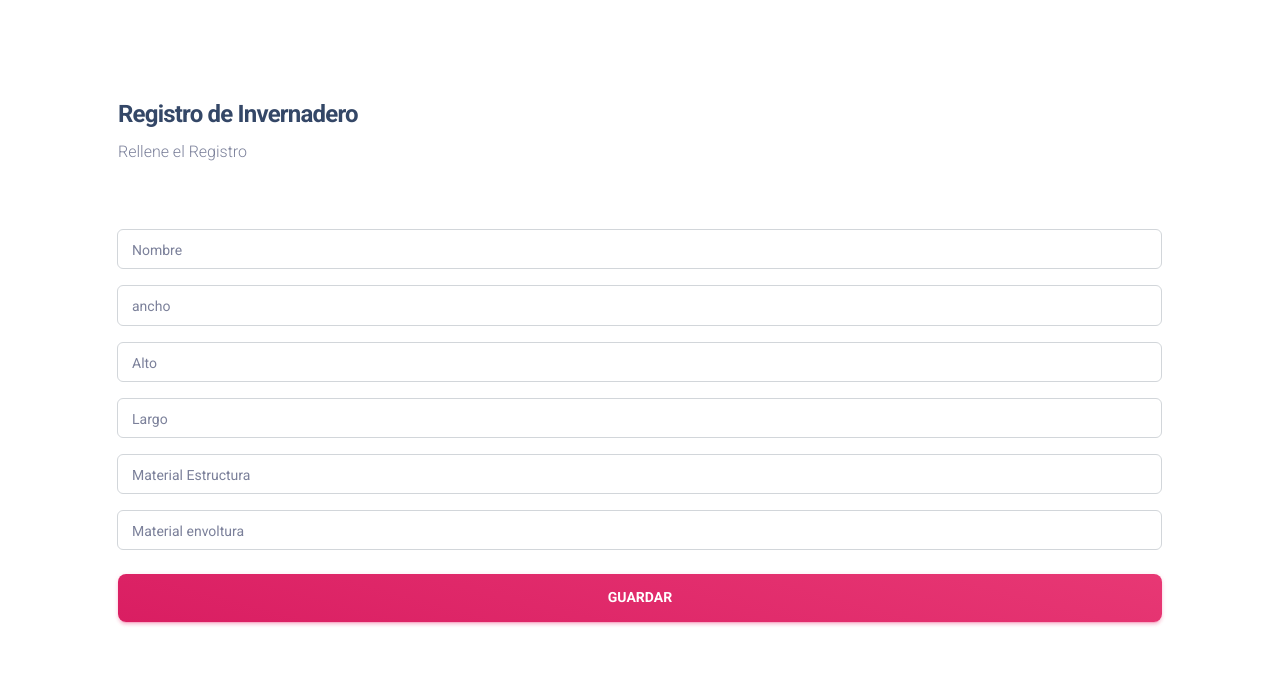
Repository: ValenciaAlmeidaVictor/sistemariego
Page: resources/views/posts/create.blade.php
These files come from the project's save history. The page is drawn as it stood at one moment and after the next save; the edit follows.
The browser window is 1280 px wide. The pictures show the whole page.
Some web libraries are served in a nearby version. The page is served by the project's Laravel application, run on PHP 8.4 with Laravel 10. Other server files are loaded and not shown. The template is opened directly, without the code that normally fills it, so the values that code supplies are empty.

Above is the page before, as saved 2023-06-19 20:03:39.

### routes/web.php
<?php

use Illuminate\Support\Facades\Auth;
use Illuminate\Support\Facades\Route;

/*
|--------------------------------------------------------------------------
| Web Routes
|--------------------------------------------------------------------------
|
| Here is where you can register web routes for your application. These
| routes are loaded by the RouteServiceProvider and all of them will
| be assigned to the "web" middleware group. Make something great!
|
*/

Route::get('/', function () {
    return view('welcome');
});

Auth::routes();

Route::get('/home', [App\Http\Controllers\HomeController::class, 'index'])->name('home');

use App\Http\Controllers\DashboardController;
use App\Http\Controllers\ProfileController;
use App\Http\Controllers\RegisterController;
use App\Http\Controllers\SessionsController;
use App\Http\Controllers\PostController;

Route::get('/', function () {return redirect('sign-in');})->middleware('guest');
Route::get('/dashboard', [DashboardController::class, 'index'])->middleware('auth')->name('dashboard');
Route::get('sign-up', [RegisterController::class, 'create'])->middleware('guest')->name('register');
Route::post('sign-up', [RegisterController::class, 'store'])->middleware('guest');
Route::get('sign-in', [SessionsController::class, 'create'])->middleware('guest')->name('login');
Route::post('sign-in', [SessionsController::class, 'store'])->middleware('guest');
Route::post('verify', [SessionsController::class, 'show'])->middleware('guest');
Route::post('reset-password', [SessionsController::class, 'update'])->middleware('guest')->name('password.update');
Route::get('verify', function () {
	return view('sessions.password.verify');
})->middleware('guest')->name('verify');
Route::get('/reset-password/{token}', function ($token) {
	return view('sessions.password.reset', ['token' => $token]);
})->middleware('guest')->name('password.reset');

Route::post('sign-out', [SessionsController::class, 'destroy'])->middleware('auth')->name('logout');
Route::get('profile', [ProfileController::class, 'create'])->middleware('auth')->name('profile');
Route::post('user-profile', [ProfileController::class, 'update'])->middleware('auth');
Route::group(['middleware' => 'auth'], function () {
	Route::get('billing', function () {
		return view('pages.billing');
	})->name('billing');
	Route::get('tables', function () {
		return view('pages.tables');
	})->name('tables');
	Route::get('rtl', function () {
		return view('pages.rtl');
	})->name('rtl');
	Route::get('virtual-reality', function () {
		return view('pages.virtual-reality');
	})->name('virtual-reality');
	Route::get('notifications', function () {
		return view('pages.notifications');
	})->name('notifications');
	Route::get('static-sign-in', function () {
		return view('pages.static-sign-in');
	})->name('static-sign-in');
	Route::get('static-sign-up', function () {
		return view('pages.static-sign-up');
	})->name('static-sign-up');
	Route::get('user-management', function () {
		return view('pages.laravel-examples.user-management');
	})->name('user-management');
	Route::get('user-profile', function () {
		return view('pages.laravel-examples.user-profile');
	})->name('user-profile');
});


//rutas para el controlleer de las tablas del admin //

Route::group(['middleware' => 'auth'], function (){
    Route::resource('posts','App\Http\Controllers\PostController',['except'=>['show']]);
});

### resources/views/posts/create.blade.php
<x-layout bodyClass="">

        <main class="main-content  mt-0">
            <section>
                <div class="page-header min-vh-100">
                    <div class="container">
                        <div class="row">
                                <div class="card card-plain">
                                    <div class="card-header">
                                        <h4 class="font-weight-bolder">Registro de Invernadero</h4>
                                        <p class="mb-0">Rellene el Registro</p>
                                    </div>
                                    <div class="card-body">
                                        <form method="POST" action="{{ route('posts.store') }}">
                                            @csrf
                                            <div class="input-group input-group-outline mt-3">
                                                <label class="form-label">Nombre</label>
                                                <input type="text" class="form-control" name="nombre"
                                                    value="{{ old('nombre') }}">
                                            </div>
                                            @error('nombre')
                                            <p class='text-danger inputerror'>{{ $message }} </p>
                                            @enderror
                                            <div class="input-group input-group-outline mt-3">
                                                <label class="form-label">ancho</label>
                                                <input type="text" class="form-control" name="ancho"
                                                    value="{{ old('ancho') }}">
                                            </div>
                                            @error('ancho')
                                            <p class='text-danger inputerror'>{{ $message }} </p>
                                            @enderror
                                            <div class="input-group input-group-outline mt-3">
                                                <label class="form-label">Alto</label>
                                                <input type="text" class="form-control" name="alto">
                                            </div>
                                            @error('alto')
                                            <p class='text-danger inputerror'>{{ $message }} </p>
                                            @enderror
                                            <div class="input-group input-group-outline mt-3">
                                                <label class="form-label">Largo</label>
                                                <input type="text" class="form-control" name="largo">
                                            </div>
                                            @error('largo')
                                            <p class='text-danger inputerror'>{{ $message }} </p>
                                            @enderror
                                            <div class="input-group input-group-outline mt-3">
                                                <label class="form-label">Material Estructura</label>
                                                <input type="text" class="form-control" name="material_es">
                                            </div>
                                            @error('material_es')
                                            <p class='text-danger inputerror'>{{ $message }} </p>
                                            @enderror
                                            <div class="input-group input-group-outline mt-3">
                                                <label class="form-label">Material envoltura</label>
                                                <input type="text" class="form-control" name="material_env">
                                            </div>
                                            @error('material_env')
                                            <p class='text-danger inputerror'>{{ $message }} </p>
                                            @enderror
                                            <div class="text-center">
                                                <button type="submit"
                                                    class="btn btn-lg bg-gradient-primary btn-lg w-100 mt-4 mb-0">Guardar</button>
                                            </div>
                                        </form>
                                    </div>
                                </div>
                            </div>
                        </div>
                    </div>
            </section>
        </main>
    </div>
</x-layout>

### resources/views/components/layout.blade.php
<!--
=========================================================
* Material Dashboard 2 - v3.0.0
=========================================================

* Product Page: https://www.creative-tim.com/product/material-dashboard
* Copyright 2021 Creative Tim (https://www.creative-tim.com) & UPDIVISION (https://www.updivision.com)
* Licensed under MIT (https://www.creative-tim.com/license)
* Coded by www.creative-tim.com & www.updivision.com

=========================================================

* The above copyright notice and this permission notice shall be included in all copies or substantial portions of the Software.
-->
@props(['bodyClass'])
<!DOCTYPE html>
<html lang="en">

<head>
    <meta charset="utf-8" />
    <meta name="viewport" content="width=device-width, initial-scale=1, shrink-to-fit=no">

    <link rel="apple-touch-icon" sizes="76x76" href="{{ asset('assets') }}/img/apple-icon.png">
    <link rel="icon" type="image/png" href="{{ asset('assets') }}/img/favicon.png">
    <title>
        MaxAspersor Dashboard
    </title>
    <!--     Fonts and icons     -->
    <link rel="stylesheet" type="text/css"
        href="https://fonts.googleapis.com/css?family=Roboto:300,400,500,700,900|Roboto+Slab:400,700" />
    <!-- Nucleo Icons -->
    <link href="{{ asset('assets') }}/css/nucleo-icons.css" rel="stylesheet" />
    <link href="{{ asset('assets') }}/css/nucleo-svg.css" rel="stylesheet" />
    <!-- Font Awesome Icons -->
    <script src="https://kit.fontawesome.com/42d5adcbca.js" crossorigin="anonymous"></script>
    <!-- Material Icons -->
    <link href="https://fonts.googleapis.com/icon?family=Material+Icons+Round" rel="stylesheet">
    <!-- CSS Files -->
    <link id="pagestyle" href="{{ asset('assets') }}/css/material-dashboard.css?v=3.0.0" rel="stylesheet" />
</head>
<body class="{{ $bodyClass }}">

{{ $slot }}

<script src="{{ asset('assets') }}/js/core/popper.min.js"></script>
<script src="{{ asset('assets') }}/js/core/bootstrap.min.js"></script>
<script src="{{ asset('assets') }}/js/plugins/perfect-scrollbar.min.js"></script>
<script src="{{ asset('assets') }}/js/plugins/smooth-scrollbar.min.js"></script>
@stack('js')
<script>
    var win = navigator.platform.indexOf('Win') > -1;
    if (win && document.querySelector('#sidenav-scrollbar')) {
        var options = {
            damping: '0.5'
        }
        Scrollbar.init(document.querySelector('#sidenav-scrollbar'), options);
    }

</script>
<!-- Github buttons -->
<script async defer src="https://buttons.github.io/buttons.js"></script>
<!-- Control Center for Material Dashboard: parallax effects, scripts for the example pages etc -->
<script src="{{ asset('assets') }}/js/material-dashboard.min.js?v=3.0.0"></script>
</body>
</html>

### public/assets/css/nucleo-icons.css
/*--------------------------------

hermes-dashboard-icons Web Font - built using nucleoapp.com
License - nucleoapp.com/license/

-------------------------------- */
@font-face {
  font-family: 'NucleoIcons';
  src: url('../fonts/nucleo-icons.eot');
  src: url('../fonts/nucleo-icons.eot') format('embedded-opentype'), url('../fonts/nucleo-icons.woff2') format('woff2'), url('../fonts/nucleo-icons.woff') format('woff'), url('../fonts/nucleo-icons.ttf') format('truetype'), url('../fonts/nucleo-icons.svg') format('svg');
  font-weight: normal;
  font-style: normal;
}

/*------------------------
    base class definition
-------------------------*/
.ni {
  display: inline-block;
  font: normal normal normal 14px/1 NucleoIcons;
  font-size: inherit;
  text-rendering: auto;
  -webkit-font-smoothing: antialiased;
  -moz-osx-font-smoothing: grayscale;
}

/*------------------------
  change icon size
-------------------------*/
.ni-lg {
  font-size: 1.33333333em;
  line-height: 0.75em;
  vertical-align: -15%;
}

.ni-2x {
  font-size: 2em;
}

.ni-3x {
  font-size: 3em;
}

.ni-4x {
  font-size: 4em;
}

.ni-5x {
  font-size: 5em;
}

/*----------------------------------
  add a square/circle background
-----------------------------------*/
.ni.square,
.ni.circle {
  padding: 0.33333333em;
  vertical-align: -16%;
  background-color: #eee;
}

.ni.circle {
  border-radius: 50%;
}

/*------------------------
  list icons
-------------------------*/
.ni-ul {
  padding-left: 0;
  margin-left: 2.14285714em;
  list-style-type: none;
}

.ni-ul>li {
  position: relative;
}

.ni-ul>li>.ni {
  position: absolute;
  left: -1.57142857em;
  top: 0.14285714em;
  text-align: center;
}

.ni-ul>li>.ni.lg {
  top: 0;
  left: -1.35714286em;
}

.ni-ul>li>.ni.circle,
.ni-ul>li>.ni.square {
  top: -0.19047619em;
  left: -1.9047619em;
}

/*------------------------
  spinning icons
-------------------------*/
.ni.spin {
  -webkit-animation: nc-spin 2s infinite linear;
  -moz-animation: nc-spin 2s infinite linear;
  animation: nc-spin 2s infinite linear;
}

@-webkit-keyframes nc-spin {
  0% {
    -webkit-transform: rotate(0deg);
  }

  100% {
    -webkit-transform: rotate(360deg);
  }
}

@-moz-keyframes nc-spin {
  0% {
    -moz-transform: rotate(0deg);
  }

  100% {
    -moz-transform: rotate(360deg);
  }
}

@keyframes nc-spin {
  0% {
    -webkit-transform: rotate(0deg);
    -moz-transform: rotate(0deg);
    -ms-transform: rotate(0deg);
    -o-transform: rotate(0deg);
    transform: rotate(0deg);
  }

  100% {
    -webkit-transform: rotate(360deg);
    -moz-transform: rotate(360deg);
    -ms-transform: rotate(360deg);
    -o-transform: rotate(360deg);
    transform: rotate(360deg);
  }
}

/*------------------------
  rotated/flipped icons
-------------------------*/
.ni.rotate-90 {
  filter: progid:DXImageTransform.Microsoft.BasicImage(rotation=1);
  -webkit-transform: rotate(90deg);
  -moz-transform: rotate(90deg);
  -ms-transform: rotate(90deg);
  -o-transform: rotate(90deg);
  transform: rotate(90deg);
}

.ni.rotate-180 {
  filter: progid:DXImageTransform.Microsoft.BasicImage(rotation=2);
  -webkit-transform: rotate(180deg);
  -moz-transform: rotate(180deg);
  -ms-transform: rotate(180deg);
  -o-transform: rotate(180deg);
  transform: rotate(180deg);
}

.ni.rotate-270 {
  filter: progid:DXImageTransform.Microsoft.BasicImage(rotation=3);
  -webkit-transform: rotate(270deg);
  -moz-transform: rotate(270deg);
  -ms-transform: rotate(270deg);
  -o-transform: rotate(270deg);
  transform: rotate(270deg);
}

.ni.flip-y {
  filter: progid:DXImageTransform.Microsoft.BasicImage(rotation=0);
  -webkit-transform: scale(-1, 1);
  -moz-transform: scale(-1, 1);
  -ms-transform: scale(-1, 1);
  -o-transform: scale(-1, 1);
  transform: scale(-1, 1);
}

.ni.flip-x {
  filter: progid:DXImageTransform.Microsoft.BasicImage(rotation=2);
  -webkit-transform: scale(1, -1);
  -moz-transform: scale(1, -1);
  -ms-transform: scale(1, -1);
  -o-transform: scale(1, -1);
  transform: scale(1, -1);
}

/*------------------------
    font icons
-------------------------*/

.ni-active-40::before {
  content: "\ea02";
}

.ni-air-baloon::before {
  content: "\ea03";
}

.ni-album-2::before {
  content: "\ea04";
}

.ni-align-center::before {
  content: "\ea05";
}

.ni-align-left-2::before {
  content: "\ea06";
}

.ni-ambulance::before {
  content: "\ea07";
}

.ni-app::before {
  content: "\ea08";
}

.ni-archive-2::before {
  content: "\ea09";
}

.ni-atom::before {
  content: "\ea0a";
}

.ni-badge::before {
  content: "\ea0b";
}

.ni-bag-17::before {
  content: "\ea0c";
}

.ni-basket::before {
  content: "\ea0d";
}

.ni-bell-55::before {
  content: "\ea0e";
}

.ni-bold-down::before {
  content: "\ea0f";
}

.ni-bold-left::before {
  content: "\ea10";
}

.ni-bold-right::before {
  content: "\ea11";
}

.ni-bold-up::before {
  content: "\ea12";
}

.ni-bold::before {
  content: "\ea13";
}

.ni-book-bookmark::before {
  content: "\ea14";
}

.ni-books::before {
  content: "\ea15";
}

.ni-box-2::before {
  content: "\ea16";
}

.ni-briefcase-24::before {
  content: "\ea17";
}

.ni-building::before {
  content: "\ea18";
}

.ni-bulb-61::before {
  content: "\ea19";
}

.ni-bullet-list-67::before {
  content: "\ea1a";
}

.ni-bus-front-12::before {
  content: "\ea1b";
}

.ni-button-pause::before {
  content: "\ea1c";
}

.ni-button-play::before {
  content: "\ea1d";
}

.ni-button-power::before {
  content: "\ea1e";
}

.ni-calendar-grid-58::before {
  content: "\ea1f";
}

.ni-camera-compact::before {
  content: "\ea20";
}

.ni-caps-small::before {
  content: "\ea21";
}

.ni-cart::before {
  content: "\ea22";
}

.ni-chart-bar-32::before {
  content: "\ea23";
}

.ni-chart-pie-35::before {
  content: "\ea24";
}

.ni-chat-round::before {
  content: "\ea25";
}

.ni-check-bold::before {
  content: "\ea26";
}

.ni-circle-08::before {
  content: "\ea27";
}

.ni-cloud-download-95::before {
  content: "\ea28";
}

.ni-cloud-upload-96::before {
  content: "\ea29";
}

.ni-compass-04::before {
  content: "\ea2a";
}

.ni-controller::before {
  content: "\ea2b";
}

.ni-credit-card::before {
  content: "\ea2c";
}

.ni-curved-next::before {
  content: "\ea2d";
}

.ni-delivery-fast::before {
  content: "\ea2e";
}

.ni-diamond::before {
  content: "\ea2f";
}

.ni-email-83::before {
  content: "\ea30";
}

.ni-fat-add::before {
  content: "\ea31";
}

.ni-fat-delete::before {
  content: "\ea32";
}

.ni-fat-remove::before {
  content: "\ea33";
}

.ni-favourite-28::before {
  content: "\ea34";
}

.ni-folder-17::before {
  content: "\ea35";
}

.ni-glasses-2::before {
  content: "\ea36";
}

.ni-hat-3::before {
  content: "\ea37";
}

.ni-headphones::before {
  content: "\ea38";
}

.ni-html5::before {
  content: "\ea39";
}

.ni-istanbul::before {
  content: "\ea3a";
}

.ni-key-25::before {
  content: "\ea3b";
}

.ni-laptop::before {
  content: "\ea3c";
}

.ni-like-2::before {
  content: "\ea3d";
}

.ni-lock-circle-open::before {
  content: "\ea3e";
}

.ni-map-big::before {
  content: "\ea3f";
}

.ni-mobile-button::before {
  content: "\ea40";
}

.ni-money-coins::before {
  content: "\ea41";
}

.ni-note-03::before {
  content: "\ea42";
}

.ni-notification-70::before {
  content: "\ea43";
}

.ni-palette::before {
  content: "\ea44";
}

.ni-paper-diploma::before {
  content: "\ea45";
}

.ni-pin-3::before {
  content: "\ea46";
}

.ni-planet::before {
  content: "\ea47";
}

.ni-ruler-pencil::before {
  content: "\ea48";
}

.ni-satisfied::before {
  content: "\ea49";
}

.ni-scissors::before {
  content: "\ea4a";
}

.ni-send::before {
  content: "\ea4b";
}

.ni-settings-gear-65::before {
  content: "\ea4c";
}

.ni-settings::before {
  content: "\ea4d";
}

.ni-single-02::before {
  content: "\ea4e";
}

.ni-single-copy-04::before {
  content: "\ea4f";
}

.ni-sound-wave::before {
  content: "\ea50";
}

.ni-spaceship::before {
  content: "\ea51";
}

.ni-square-pin::before {
  content: "\ea52";
}

.ni-support-16::before {
  content: "\ea53";
}

.ni-tablet-button::before {
  content: "\ea54";
}

.ni-tag::before {
  content: "\ea55";
}

.ni-tie-bow::before {
  content: "\ea56";
}

.ni-time-alarm::before {
  content: "\ea57";
}

.ni-trophy::before {
  content: "\ea58";
}

.ni-tv-2::before {
  content: "\ea59";
}

.ni-umbrella-13::before {
  content: "\ea5a";
}

.ni-user-run::before {
  content: "\ea5b";
}

.ni-vector::before {
  content: "\ea5c";
}

.ni-watch-time::before {
  content: "\ea5d";
}

.ni-world::before {
  content: "\ea5e";
}

.ni-zoom-split-in::before {
  content: "\ea5f";
}

.ni-collection::before {
  content: "\ea60";
}

.ni-image::before {
  content: "\ea61";
}

.ni-shop::before {
  content: "\ea62";
}

.ni-ungroup::before {
  content: "\ea63";
}

.ni-world-2::before {
  content: "\ea64";
}

.ni-ui-04::before {
  content: "\ea65";
}


/* all icon font classes list here */

### public/assets/css/nucleo-svg.css
/* Generated using nucleoapp.com */
/* --------------------------------

Icon colors

-------------------------------- */

.icon {
  display: inline-block;
  /* icon primary color */
  color: #111111;
  height: 1em;
  width: 1em;
}

.icon use {
  /* icon secondary color - fill */
  fill: #7ea6f6;
}

.icon.icon-outline use {
  /* icon secondary color - stroke */
  stroke: #7ea6f6;
}

/* --------------------------------

Change icon size

-------------------------------- */

.icon-xs {
  height: 0.5em;
  width: 0.5em;
}

.icon-sm {
  height: 0.8em;
  width: 0.8em;
}

.icon-lg {
  height: 1.6em;
  width: 1.6em;
}

.icon-xl {
  height: 2em;
  width: 2em;
}

/* --------------------------------

Align icon and text

-------------------------------- */

.icon-text-aligner {
  /* add this class to parent element that contains icon + text */
  display: flex;
  align-items: center;
}

.icon-text-aligner .icon {
  color: inherit;
  margin-right: 0.4em;
}

.icon-text-aligner .icon use {
  color: inherit;
  fill: currentColor;
}

.icon-text-aligner .icon.icon-outline use {
  stroke: currentColor;
}

/* --------------------------------

Icon reset values - used to enable color customizations

-------------------------------- */

.icon {
  fill: currentColor;
  stroke: none;
}

.icon.icon-outline {
  fill: none;
  stroke: currentColor;
}

.icon use {
  stroke: none;
}

.icon.icon-outline use {
  fill: none;
}

/* --------------------------------

Stroke effects - Nucleo outline icons

- 16px icons -> up to 1px stroke (16px outline icons do not support stroke changes)
- 24px, 32px icons -> up to 2px stroke
- 48px, 64px icons -> up to 4px stroke

-------------------------------- */

.icon-outline.icon-stroke-1 {
  stroke-width: 1px;
}

.icon-outline.icon-stroke-2 {
  stroke-width: 2px;
}

.icon-outline.icon-stroke-3 {
  stroke-width: 3px;
}

.icon-outline.icon-stroke-4 {
  stroke-width: 4px;
}

.icon-outline.icon-stroke-1 use,
.icon-outline.icon-stroke-3 use {
  -webkit-transform: translateX(0.5px) translateY(0.5px);
  -moz-transform: translateX(0.5px) translateY(0.5px);
  -ms-transform: translateX(0.5px) translateY(0.5px);
  -o-transform: translateX(0.5px) translateY(0.5px);
  transform: translateX(0.5px) translateY(0.5px);
}

Loaded but not shown: app/Http/Controllers/Auth/ConfirmPasswordController.php (common file); app/Http/Controllers/Controller.php (common file); public/assets/css/material-dashboard.css (library); public/assets/js/core/popper.min.js (library); public/assets/js/core/bootstrap.min.js (library); public/assets/js/plugins/perfect-scrollbar.min.js (library); public/assets/js/plugins/smooth-scrollbar.min.js (library); public/assets/js/material-dashboard.min.js (library)

After the next save:
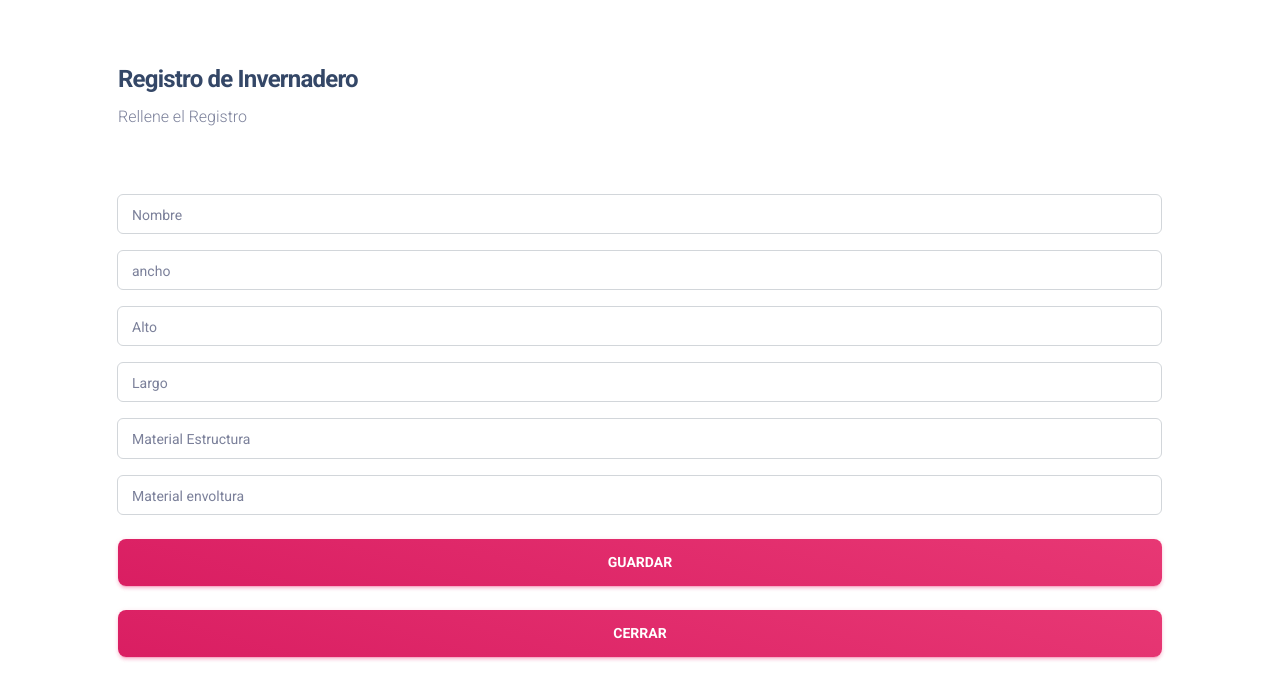
Saved 41 s later.
--- a/resources/views/posts/create.blade.php
+++ b/resources/views/posts/create.blade.php
@@ -60,6 +60,9 @@
                                             <div class="text-center">
                                                 <button type="submit"
                                                     class="btn btn-lg bg-gradient-primary btn-lg w-100 mt-4 mb-0">Guardar</button>
+                                            <div class="text-center">
+                                                <button type="submit"
+                                                    class="btn btn-lg bg-gradient-primary btn-lg w-100 mt-4 mb-0">Cerrar</button>
                                             </div>
                                         </form>
                                     </div>
